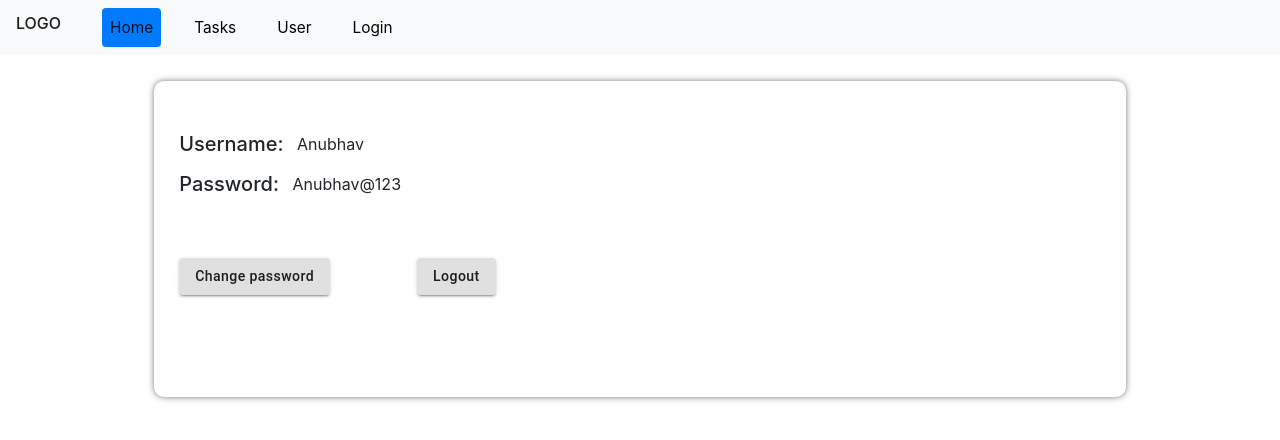
Repository: lalji-yadav/Nimapinfotech-demo-project
Page: /user
The author's editor kept a copy of each file at every save. The page is drawn from the files as they stood at one save, then again after the next save.
The browser window is 1280 px wide. The pictures show the whole page.
The project was rebuilt for these pictures with package versions that can differ from the ones it lists, and the page was loaded fresh each time. Also part of the build but not shown: src/components/Home.js, src/components/Tasks.js, src/components/Login.js.

Above is the page before, as saved 2021-01-18 16:51:42.

### src/index.js
import React from 'react';
import ReactDOM from 'react-dom';
import './index.css';
import App from './App';
// import  Navbar from "../src/components/Navbars";
import reportWebVitals from './reportWebVitals';

import 'bootstrap/dist/css/bootstrap.min.css';

ReactDOM.render(
  <React.StrictMode>
    <App />
  </React.StrictMode>,
  document.getElementById('root')
);

// If you want to start measuring performance in your app, pass a function
// to log results (for example: reportWebVitals(console.log))
// or send to an analytics endpoint. Learn more: https://bit.ly/CRA-vitals
reportWebVitals();

### src/App.js
// import './App.css';
import Navbar from "./components/Navbars";
// import Login from "./components/Login";


function App() {
  return (
    <div>

     <Navbar />
    {/* <Login /> */}

    </div>
  );
}

export default App;

### src/components/Navbars.js
import React from 'react';
import { Navbar,Nav,NavDropdown,Form,FormControl ,Button } from 'react-bootstrap';
import {
  BrowserRouter as Router,
  Switch,
  Route,
  Link
} from "react-router-dom";

import "../App.css";

import Home from "./Home";
import Tasks from "./Tasks";
import User from "./Users";
import Login from "./Login";


const Navbars=()=> {
        return (
            <div>

              <Router>
                  <Navbar bg="light" expand="lg">
                      <Navbar.Brand> <h6>LOGO</h6></Navbar.Brand>
                      <Navbar.Toggle aria-controls="basic-navbar-nav" />
                      <Navbar.Collapse id="basic-navbar-nav">
                      <Nav variant="pills" defaultActiveKey="/">
                        <Nav.Item className="navbarbtn">
                          <Nav.Link href="/"> <Link to="/home"> </Link> Home </Nav.Link>
                        </Nav.Item>
                        <Nav.Item className='navbarbtn'>
                          <Nav.Link eventKey="link-1"> <Link style={{color:"black"}}  to="/tasks"> Tasks </Link> </Nav.Link>
                        </Nav.Item>

                        <Nav.Item className="navbarbtn">
                          <Nav.Link eventKey="link-2">
                          <Link style={{color:"black"}} to="/user"> User </Link>
                          </Nav.Link>
                        </Nav.Item>

                        <Nav.Item className="navbarbtn">
                          <Nav.Link eventKey="link-3">
                          <Link style={{color:"black"}} to="/"> Login </Link>
                          </Nav.Link>
                        </Nav.Item>
                      </Nav>
                      </Navbar.Collapse>
                    </Navbar>


                    <Switch>

                     <Route exact path="/" component={Login} />
                      <Route exact path="/home" component={Home} />

                      <Route exact path="/user" component={User} />

                      <Route exact path="/tasks" component={Tasks} />

                    </Switch>
             </Router>

            </div>
        );
    }

export default Navbars;

### src/App.css
.scroll-tab {
    height: 55vh;
    margin: 3% 3% 5% 3%;
    overflow-y: scroll;
    border: "1px solid red";
}
::-webkit-scrollbar{
    width: 12px;
    height: 12px;
}
::-webkit-scrollbar-track {
    box-shadow: inset 0 0 10px #4A4A4A;
    border-radius: 10px;
    }

    ::-webkit-scrollbar-thumb {
    border-radius: 10px;
    background: #4A4A4A;
}

.effect1{
        box-shadow: 0px 0px 6px #777;
        border-radius: 10px;
}

.navbarbtn {
     margin-left: 25px;
     font-size: 1.2vw;
}

### src/components/Users.js
import React, {useState} from 'react';
import { Button } from "@material-ui/core";
import { useFormik } from 'formik';
import  "../App.css";
import { useHistory } from "react-router-dom";

const validate = values => {
    const errors = {};
    if (!values.password) {
      errors.password = 'Required';
    } else if (values.password.length <= 6 ) {
      errors.password = 'Password must be 6 characters or greater';
    }
    return errors;
  };

const User=()=> {

    const [values, setValues] = useState({
        username: 'Anubhav',
        password: 'Anubhav@123',
        text: 'Change password'
    })

    const changeHandler=(e)=> {
        setValues({
            username:'Anubhav',
            password:(`${formik.values.password}`),
            text: 'Save password',

        })
    }

    const formsubmit=()=> {
        if(values.text==='Save password') {
           setValues({
            username: 'Anubhav',
            password:(`${formik.values.password}`),
            text: 'Change password'
           })
        }
       console.log(`${formik.values.password}`)
     }

    const formik = useFormik({
        initialValues: {
          password: ''
        },
        validate,
      });

      let history = useHistory();
      const logoutSubmit=()=> {
        alert('Logout')
        history.push('/login')
    }

     return (
            <div className="effect1" style={{margin:"2% 12% 3% 12%", padding:'4% 2% 8% 2%'}}>
                {
                    values.text=== 'Change password' ?
                     <div className=" col-sm-5">
                        <div className="row">
                        <h5>Username:</h5> &nbsp; &nbsp; <p>{values.username} </p>
                        </div>

                        <div className="row">
                         <h5>Password:</h5>  &nbsp; &nbsp; <p>{values.password} </p>
                        </div>
                    </div>
                     :
                        <div className="col-sm-5">
                            <div className="row">
                             <h5>Username:</h5>  &nbsp; &nbsp; <p>{values.username} </p>
                            </div>

                         <div className="row"> <h5>Password:</h5> &nbsp; &nbsp;
                           <input
                            id="password"
                            name="password"
                            type="text"
                            onChange={formik.handleChange}
                            onBlur={formik.handleBlur}
                            value={formik.values.password}
                            />
                            <p style={{color:'red', fontSize:"1vw"}}>
                            {formik.touched.password && formik.errors.password ? (
                                    <div>{formik.errors.password}</div>
                                ) : null}

                            </p>
                         </div>
                   </div>
                }

                <div className="row" style={{marginTop:"5%"}}>
                    <div className="col-sm-3">
                        <Button className="MuiButton-root" variant="contained"
                        onClick={(event) => { changeHandler(event); formsubmit(event);}}
                        style={{textTransform:'unset', fontSize:'1.1vw'}}
                        >{values.text}</Button>
                    </div>

                    <div className="col-sm-2">
                        <Button variant="contained" onClick={logoutSubmit}
                        style={{textTransform:'unset', fontSize:'1.1vw'}}
                        >Logout</Button>
                    </div>


                </div>
            </div>
        );
    }

export default User;

Loaded but not shown: public/index.html (common file); src/index.css (common file); src/reportWebVitals.js (common file)

After the next save:
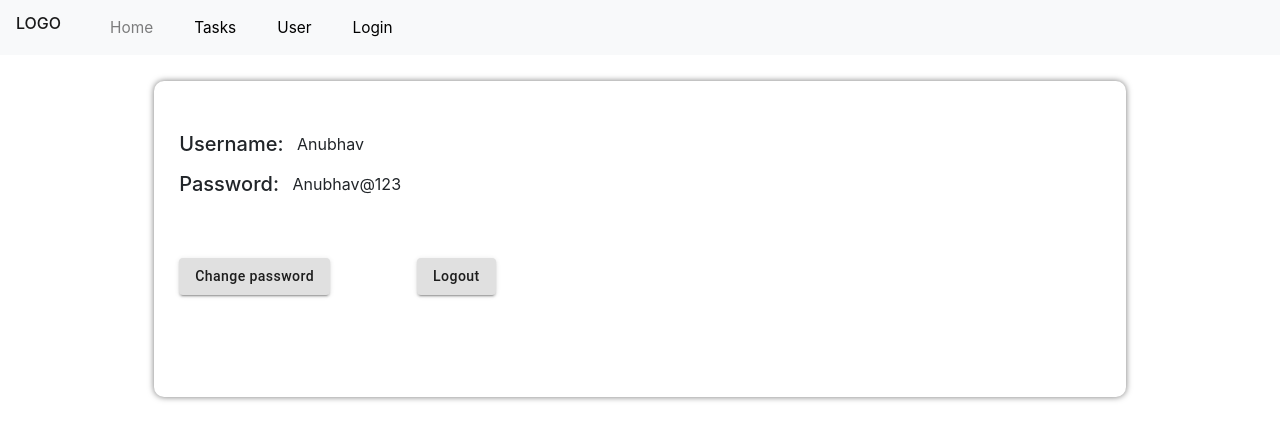
Saved 95 s later.
--- a/src/components/Navbars.js
+++ b/src/components/Navbars.js
@@ -26,7 +26,7 @@ const Navbars=()=> {
                       <Navbar.Collapse id="basic-navbar-nav">
                       <Nav variant="pills" defaultActiveKey="/">
                         <Nav.Item className="navbarbtn">
-                          <Nav.Link href="/"> <Link to="/home"> </Link> Home </Nav.Link>
+                          <Nav.Link> <Link to="/home"> </Link> Home </Nav.Link>
                         </Nav.Item>
                         <Nav.Item className='navbarbtn'>
                           <Nav.Link eventKey="link-1"> <Link style={{color:"black"}}  to="/tasks"> Tasks </Link> </Nav.Link>
